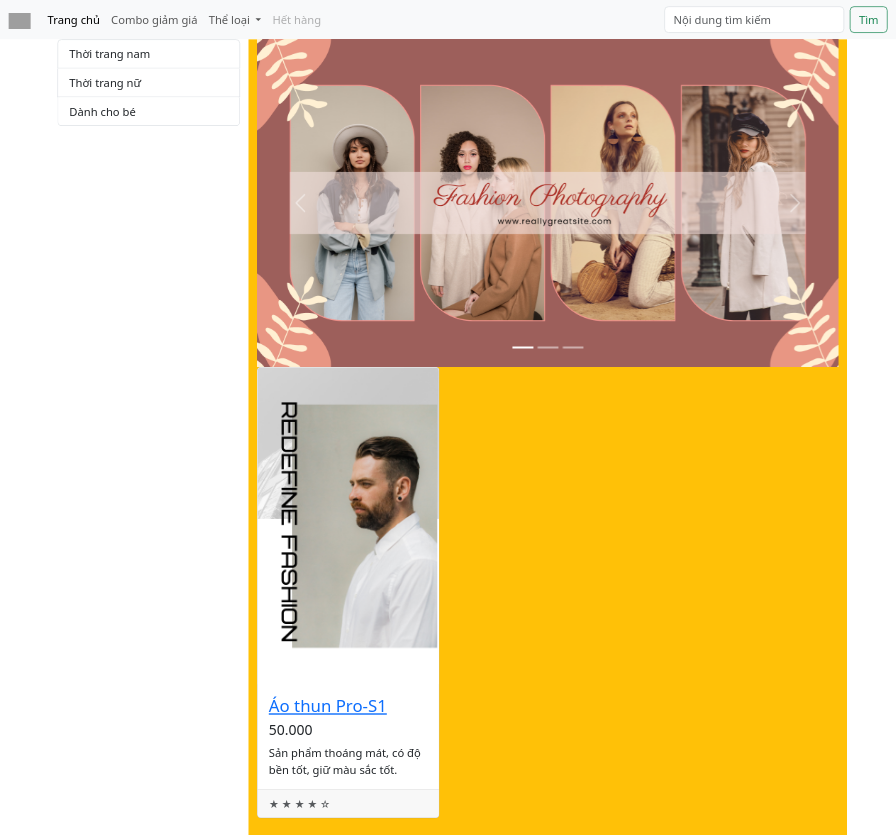
Repository: vnmk1/jsp_servlet-tutorials
Page: Bai4_Bootstrap/src/main/webapp/index.html
These files come from the project's save history. The page is drawn as it stood at one moment and after the next save; the edit follows.
The browser window is 1280 px wide. The pictures show the whole page, at 70% of full size.
Pictures or frames that could not be fetched are drawn as grey boxes.

Above is the page before, as saved 2023-07-17 09:33:03.

After the next save:
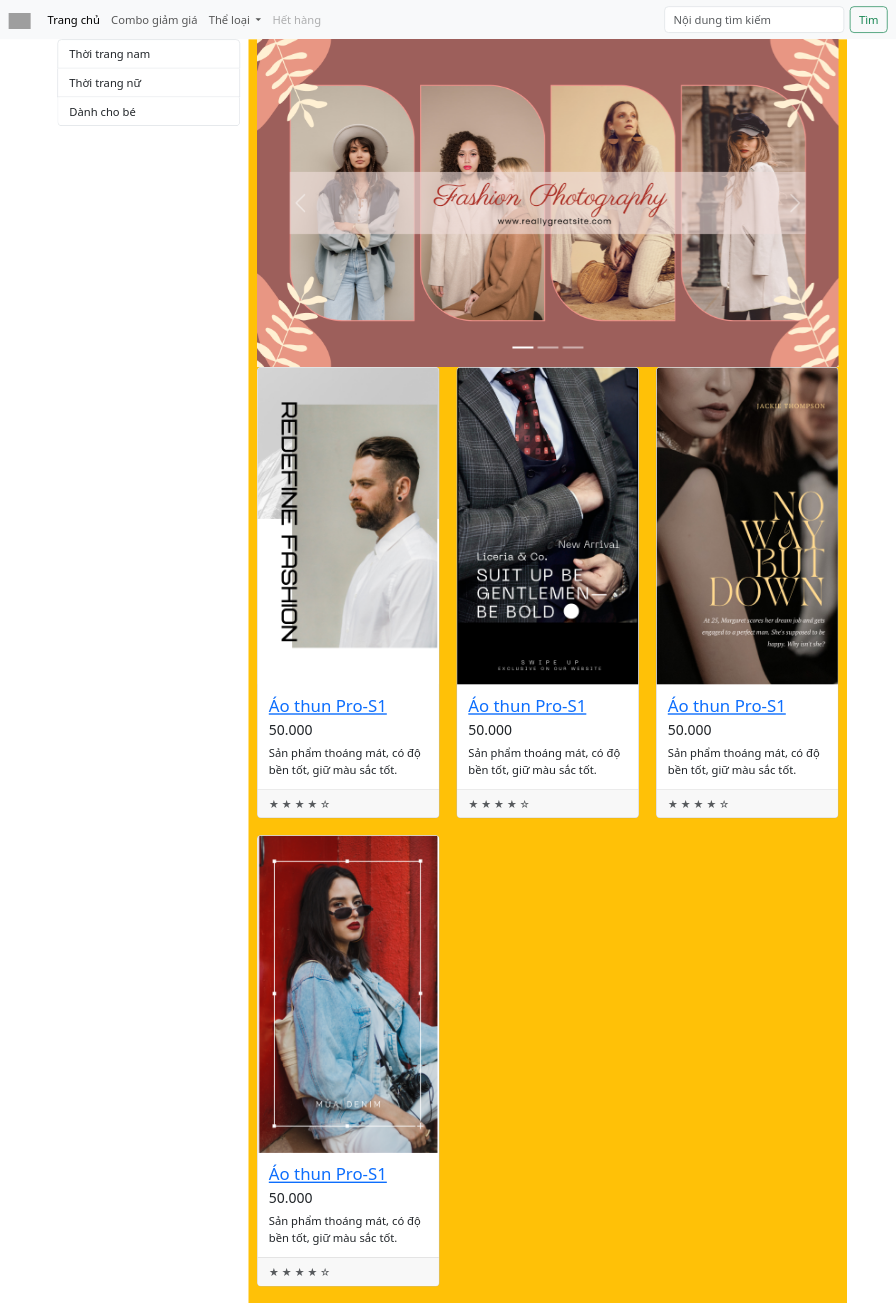
Saved 3 min 8 s later.
--- a/Bai4_Bootstrap/src/main/webapp/index.html
+++ b/Bai4_Bootstrap/src/main/webapp/index.html
@@ -116,6 +116,63 @@
 						</div>
 					</div>
 				</div>
+
+				<div class="col-lg-4 col-md-6 mb-4">
+					<div class="card h-100">
+						<a href="#"><img class="card-img-top"
+							src="img/products/2.png" alt=""></a>
+						<div class="card-body">
+							<h4 class="card-title">
+								<a href="#">Áo thun Pro-S1</a>
+							</h4>
+							<h5>50.000</h5>
+							<p class="card-text">Sản phẩm thoáng mát, có độ bền tốt, giữ
+								màu sắc tốt.</p>
+						</div>
+						<div class="card-footer">
+							<small class="text-muted">&#9733; &#9733; &#9733;
+								&#9733; &#9734;</small>
+						</div>
+					</div>
+				</div>
+
+				<div class="col-lg-4 col-md-6 mb-4">
+					<div class="card h-100">
+						<a href="#"><img class="card-img-top"
+							src="img/products/3.png" alt=""></a>
+						<div class="card-body">
+							<h4 class="card-title">
+								<a href="#">Áo thun Pro-S1</a>
+							</h4>
+							<h5>50.000</h5>
+							<p class="card-text">Sản phẩm thoáng mát, có độ bền tốt, giữ
+								màu sắc tốt.</p>
+						</div>
+						<div class="card-footer">
+							<small class="text-muted">&#9733; &#9733; &#9733;
+								&#9733; &#9734;</small>
+						</div>
+					</div>
+				</div>
+
+				<div class="col-lg-4 col-md-6 mb-4">
+					<div class="card h-100">
+						<a href="#"><img class="card-img-top"
+							src="img/products/4.png" alt=""></a>
+						<div class="card-body">
+							<h4 class="card-title">
+								<a href="#">Áo thun Pro-S1</a>
+							</h4>
+							<h5>50.000</h5>
+							<p class="card-text">Sản phẩm thoáng mát, có độ bền tốt, giữ
+								màu sắc tốt.</p>
+						</div>
+						<div class="card-footer">
+							<small class="text-muted">&#9733; &#9733; &#9733;
+								&#9733; &#9734;</small>
+						</div>
+					</div>
+				</div>
 			</div>
 			<!-- End Product -->
 		</div>
